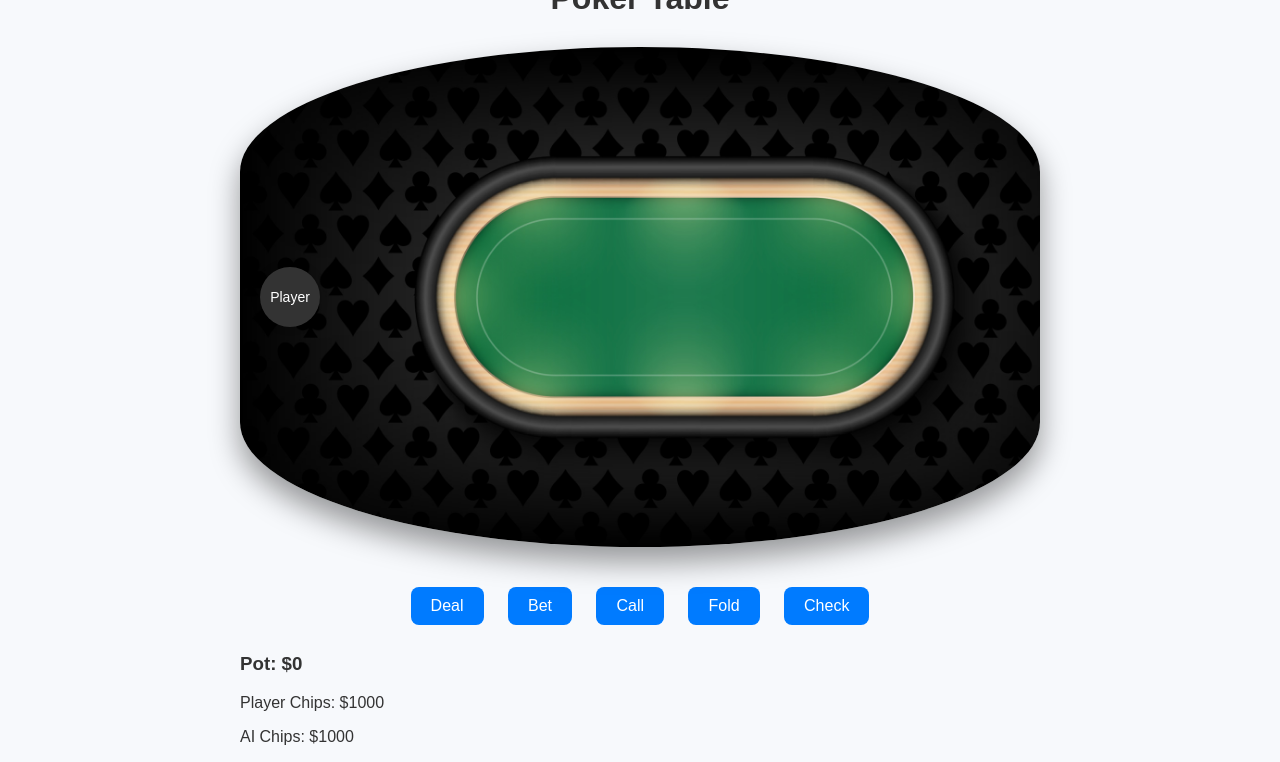
Repository: KidBillionaire/newapp
Page: public/playTable.html
An editor plug-in stored every save of this project. The page is shown before and after the next save, followed by the edit.
The browser window is 1280 px wide. The pictures show the whole page.

Above is the page before, as saved 2024-10-10 17:41:04.

### public/playTable.html
<!DOCTYPE html>
<html lang="en">
<head>
    <meta charset="UTF-8">
    <meta name="viewport" content="width=device-width, initial-scale=1.0">
    <title>Sit Down at the Poker Table</title>
    <link rel="stylesheet" href="styles.css">
</head>
<body>
    <div class="container">
        <h1 id="tableNameHeading">Poker Table</h1>
        <div id="pokerTableContainer">
            <!-- Seats will be dynamically populated here -->
            <div id="communityCardsContainer">
                <div class="community-card" id="card1"></div>
                <div class="community-card" id="card2"></div>
                <div class="community-card" id="card3"></div>
                <div class="community-card" id="card4"></div>
                <div class="community-card" id="card5"></div>
            </div>
        </div>

        <!-- Action Buttons -->
        <div id="actionsContainer">
            <button id="dealButton">Deal</button>
            <button id="betButton" disabled>Bet</button>
            <button id="callButton" disabled>Call</button>
            <button id="foldButton" disabled>Fold</button>
            <button id="checkButton" disabled>Check</button>
        </div>

        <!-- Player Information and Pot -->
        <div id="playerInfo">
            <h3 id="currentPot">Pot: $0</h3>
            <p id="playerChips">Player Chips: $1000</p>
            <p id="aiChips">AI Chips: $1000</p>
        </div>
    </div>
    <script>
        // Grab references to HTML elements
        const pokerTableContainer = document.getElementById('pokerTableContainer');
        const dealButton = document.getElementById('dealButton');
        const betButton = document.getElementById('betButton');
        const callButton = document.getElementById('callButton');
        const foldButton = document.getElementById('foldButton');
        const checkButton = document.getElementById('checkButton');
        const tableNameHeading = document.getElementById('tableNameHeading');
        const currentPotDisplay = document.getElementById('currentPot');
        const playerChipsDisplay = document.getElementById('playerChips');
        const aiChipsDisplay = document.getElementById('aiChips');
        const communityCards = document.querySelectorAll('.community-card');

        // Game State Variables
        let playerChips = 1000;
        let aiChips = 1000;
        let pot = 0;
        let currentBet = 0;
        let playerBet = 0;
        let aiBet = 0;
        let playerSeated = false;
        let playerHand = [];
        let aiHand = [];

        // Function to update the Pot display
        function updatePotDisplay() {
            currentPotDisplay.textContent = `Pot: $${pot}`;
        }

        // Function to handle dealing cards
        function dealCards() {
            if (!playerSeated) {
                alert('Please take a seat to start the game!');
                return;
            }

            dealButton.disabled = true; // Disable Deal button after dealing

            // Reset and deal hands
            pot = 0;
            playerHand = [randomCard(), randomCard()];
            aiHand = [randomCard(), randomCard()];

            console.log(`Your hand: ${playerHand.join(', ')}`);
            console.log(`AI hand: ${aiHand.join(', ')}`);

            // Show flop cards (after a short delay for visual effect)
            setTimeout(() => {
                communityCards[0].textContent = randomCard();
                communityCards[1].textContent = randomCard();
                communityCards[2].textContent = randomCard();
                communityCards[0].classList.add('deal');
                communityCards[1].classList.add('deal');
                communityCards[2].classList.add('deal');

                enablePlayerActions(); // Enable actions after flop
                updatePotDisplay(); // Reset pot display
            }, 1000);
        }

        // Function to populate seats around the table
        function setupTable() {
            const xRadius = 350;
            const yRadius = 200;
            const centerX = 400;
            const centerY = 250;

            const seat = document.createElement('div');
            seat.className = 'seat';
            seat.textContent = "Player";
            seat.setAttribute('data-seat', 'player');
            seat.addEventListener('click', takeSeat);
            pokerTableContainer.appendChild(seat);

            const angle = (1 / 2) * (2 * Math.PI); // Position the player at the bottom
            const x = centerX + xRadius * Math.cos(angle) - (seat.offsetWidth / 2);
            const y = centerY + yRadius * Math.sin(angle) - (seat.offsetHeight / 2);

            seat.style.left = `${x}px`;
            seat.style.top = `${y}px`;
        }

        // Player takes a seat
        function takeSeat(event) {
            const seat = event.target;
            seat.textContent = 'You';
            seat.style.backgroundColor = '#00cc44';
            playerSeated = true;
            dealButton.disabled = false; // Enable deal button
        }

        // Function to reveal the next community card
        let currentCardIndex = 3; // Start at 3 since the first 3 are already dealt in the flop
        function revealNextCommunityCard() {
            if (currentCardIndex < communityCards.length) {
                communityCards[currentCardIndex].textContent = randomCard(); // Deal next card
                communityCards[currentCardIndex].classList.add('deal'); // Show animation
                currentCardIndex++; // Move to the next card
                setTimeout(enablePlayerActions, 1000); // Re-enable player actions after dealing
            } else {
                console.log('All community cards have been dealt. Showdown time!');
                showdown(); // Trigger showdown logic when all cards are revealed
            }
        }

        // Enable player action buttons
        function enablePlayerActions() {
            betButton.disabled = false;
            foldButton.disabled = false;
            checkButton.disabled = false;
            callButton.disabled = true;
            console.log('Player actions enabled. Choose your move!');
        }

        // Simple random card generator
        function randomCard() {
            const suits = ['♥', '♦', '♣', '♠'];
            const values = ['2', '3', '4', '5', '6', '7', '8', '9', '10', 'J', 'Q', 'K', 'A'];
            const suit = suits[Math.floor(Math.random() * suits.length)];
            const value = values[Math.floor(Math.random() * values.length)];
            return `${value}${suit}`;
        }

        // Event Listeners
        dealButton.addEventListener('click', dealCards);
        betButton.addEventListener('click', () => {
            const betAmount = 10; // Fixed bet amount for now (you can replace this with input)
            pot += betAmount; // Add the bet to the pot
            updatePotDisplay(); // Update the pot display

            console.log(`You bet $${betAmount}. Total Pot: $${pot}`);

            // Reveal the next community card based on the phase of the game
            revealNextCommunityCard();
        });

        foldButton.addEventListener('click', () => console.log('You folded!'));
        checkButton.addEventListener('click', () => console.log('You checked!'));

        setupTable(); // Initialize the table
    </script>

### public/styles.css
/* Root Variables */
:root {
    --primary-color: #333;
    --secondary-color: #007BFF;
    --background: #f7f9fc;
    --highlight-color: #ff6347;
}

/* General Body Styles */
body {
    font-family: Arial, sans-serif;
    background: var(--background);
    color: var(--primary-color);
    margin: 0;
    display: flex;
    justify-content: center;
    align-items: center;
    height: 100vh;
}

/* Typography */
h1 {
    text-align: center;
    color: var(--primary-color);
}

.montserrat-title,
.montserrat-body {
    font-family: 'Montserrat', sans-serif;
}

.montserrat-title {
    font-weight: 700;
}

.montserrat-body {
    font-weight: 400;
}

/* Button Styles */
button {
    display: inline-block;
    margin: 10px;
    padding: 10px 20px;
    font-size: 16px;
    background-color: var(--secondary-color);
    color: white;
    border: none;
    border-radius: 8px;
    cursor: pointer;
    transition: background-color 0.3s ease-in-out, transform 0.2s;
}

button:hover {
    background-color: #555;
}

/* Action Container */
#actionsContainer {
    text-align: center;
    margin-top: 20px;
}

#dealCardsButton {
    width: 200px;
    margin: 20px auto;
    padding: 10px;
    font-size: 18px;
    cursor: pointer;
    text-align: center;
    border: none;
    background: var(--primary-color);
    color: var(--highlight-color);
    border-radius: 8px;
    transition: background 0.3s ease-in-out, transform 0.2s;
}

#dealCardsButton:hover {
    background: var(--highlight-color);
    color: var(--primary-color);
    transform: scale(1.1);
}

/* Table Styles */
#userTable {
    width: 80%;
    margin: 0 auto;
    border-collapse: collapse;
}

#userTable th, #userTable td {
    border: 1px solid #ddd;
    padding: 8px;
    text-align: center;
}

#userTable th {
    background-color: var(--primary-color);
    color: rgb(81, 14, 14);
}

/* Profile Settings Section */
#profileSettings {
    margin: 20px auto;
    width: 50%;
    border: 1px solid #ddd;
    padding: 20px;
    background-color: #fff;
    box-shadow: 0 0 10px rgba(0, 0, 0, 0.1);
}

#profileSettings label {
    display: inline-block;
    width: 150px;
}

#profileSettings input {
    width: calc(100% - 160px);
    padding: 8px;
    margin: 8px 0;
}

#profileSettings button {
    width: 100%;
    padding: 10px;
}

/* Create Poker Table Page */
.create-table-page {
    background: url('images/vecteezy_poker-table-green-cloth-on-dark-background-vector-illustration_6325236.jpg') center/cover no-repeat;
    background-attachment: fixed;
    height: 100vh;
    display: flex;
    justify-content: center;
    align-items: center;
    position: relative;
}

.create-table-page::after {
    content: '';
    position: absolute;
    top: 0;
    left: 0;
    width: 100%;
    height: 100%;
    background: rgba(255, 255, 255, 0.5);
    z-index: -1;
}

/* Poker Table Container */
#pokerTableContainer {
    width: 800px;
    height: 500px;
    margin: 30px auto;
    background-image: url('/images/vecteezy_poker-table-green-cloth-on-dark-background-vector-illustration_6325236.jpg');
    background-size: cover;
    border-radius: 50% / 25%;
    box-shadow: 0 15px 30px rgba(0, 0, 0, 0.4);
    position: relative;
}

/* Poker Table Elements */
#pokerTable {
    width: 500px;
    height: 500px;
    border-radius: 50%;
    background: var(--background);
    box-shadow: 0 0 20px rgba(0, 0, 0, 0.5);
}

/* Seat Styles */
.seat {
    width: 60px;
    height: 60px;
    border-radius: 50%;
    background-color: var(--primary-color);
    color: white;
    position: absolute;
    display: flex;
    justify-content: center;
    align-items: center;
    font-size: 14px;
    cursor: pointer;
    box-shadow: 0 0 10px rgba(0, 0, 0, 0.2);
    transition: background 0.3s ease;
}

.seat:hover {
    background-color: var(--highlight-color);
}

/* Community Card Styles */
.community-card {
    width: 60px;
    height: 90px;
    background: linear-gradient(135deg, #ffffff, #e9e9e9);
    border-radius: 10px;
    border: 2px solid #333;
    box-shadow: 0 10px 25px rgba(0, 0, 0, 0.2), 0 5px 15px rgba(0, 0, 0, 0.1);
    display: flex;
    justify-content: center;
    align-items: center;
    color: #333;
    font-size: 24px;
    font-weight: bold;
    margin: 0 5px;
    transform: scale(0);
    transition: transform 0.5s ease, box-shadow 0.3s ease-in-out;
}

.community-card.deal {
    transform: scale(1);
}

/* Card Hover Styles */
.community-card:hover {
    box-shadow: 0 15px 35px rgba(0, 0, 0, 0.5), 0 8px 25px rgba(0, 0, 0, 0.2);
    transform: scale(1.05);
}

After the next save:
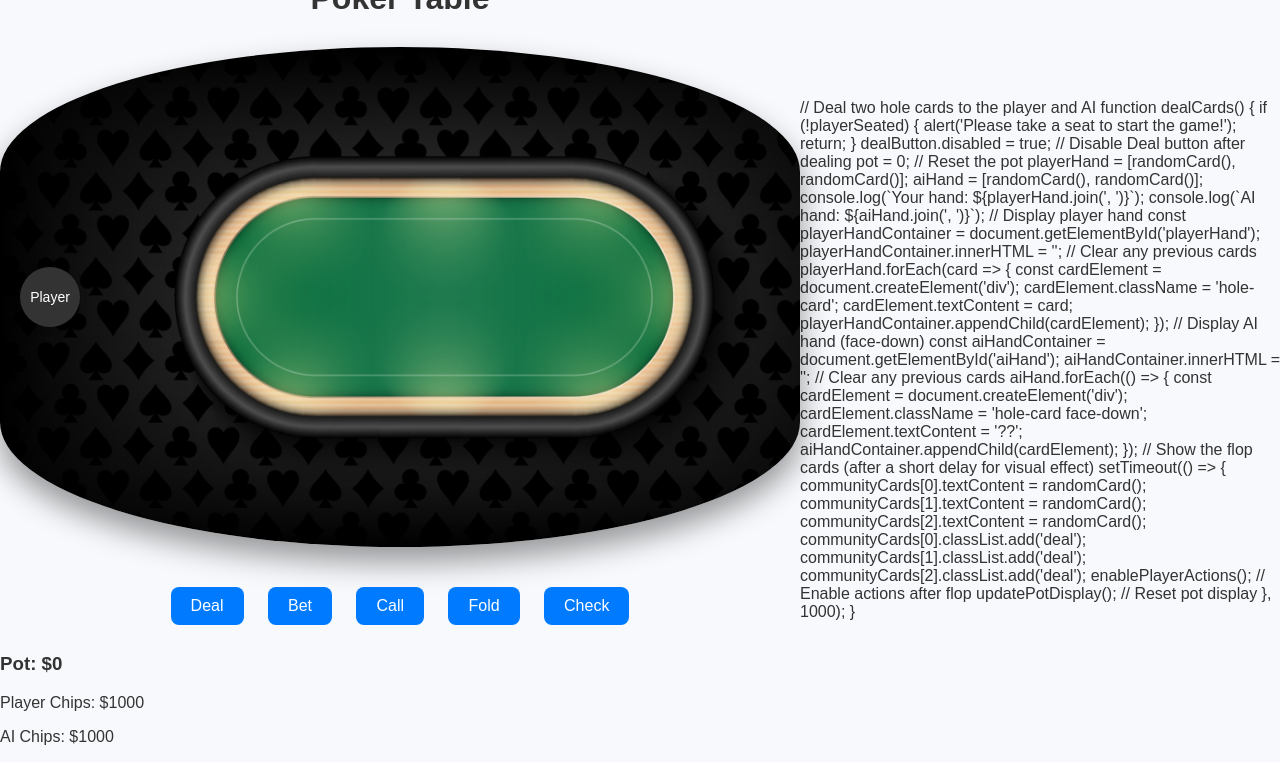
Saved 94 s later.
--- a/public/playTable.html
+++ b/public/playTable.html
@@ -178,3 +178,56 @@
 
         setupTable(); // Initialize the table
     </script>
+
+// Deal two hole cards to the player and AI
+function dealCards() {
+    if (!playerSeated) {
+        alert('Please take a seat to start the game!');
+        return;
+    }
+
+    dealButton.disabled = true; // Disable Deal button after dealing
+    pot = 0; // Reset the pot
+    playerHand = [randomCard(), randomCard()];
+    aiHand = [randomCard(), randomCard()];
+
+    console.log(`Your hand: ${playerHand.join(', ')}`);
+    console.log(`AI hand: ${aiHand.join(', ')}`);
+
+    // Display player hand
+    const playerHandContainer = document.getElementById('playerHand');
+    playerHandContainer.innerHTML = ''; // Clear any previous cards
+    playerHand.forEach(card => {
+        const cardElement = document.createElement('div');
+        cardElement.className = 'hole-card';
+        cardElement.textContent = card;
+        playerHandContainer.appendChild(cardElement);
+    });
+
+    // Display AI hand (face-down)
+    const aiHandContainer = document.getElementById('aiHand');
+    aiHandContainer.innerHTML = ''; // Clear any previous cards
+    aiHand.forEach(() => {
+        const cardElement = document.createElement('div');
+        cardElement.className = 'hole-card face-down';
+        cardElement.textContent = '??';
+        aiHandContainer.appendChild(cardElement);
+    });
+
+    // Show the flop cards (after a short delay for visual effect)
+    setTimeout(() => {
+        communityCards[0].textContent = randomCard();
+        communityCards[1].textContent = randomCard();
+        communityCards[2].textContent = randomCard();
+        communityCards[0].classList.add('deal');
+        communityCards[1].classList.add('deal');
+        communityCards[2].classList.add('deal');
+
+        enablePlayerActions(); // Enable actions after flop
+        updatePotDisplay(); // Reset pot display
+    }, 1000);
+}
+
+
+</body>
+</html>

After the save that followed:
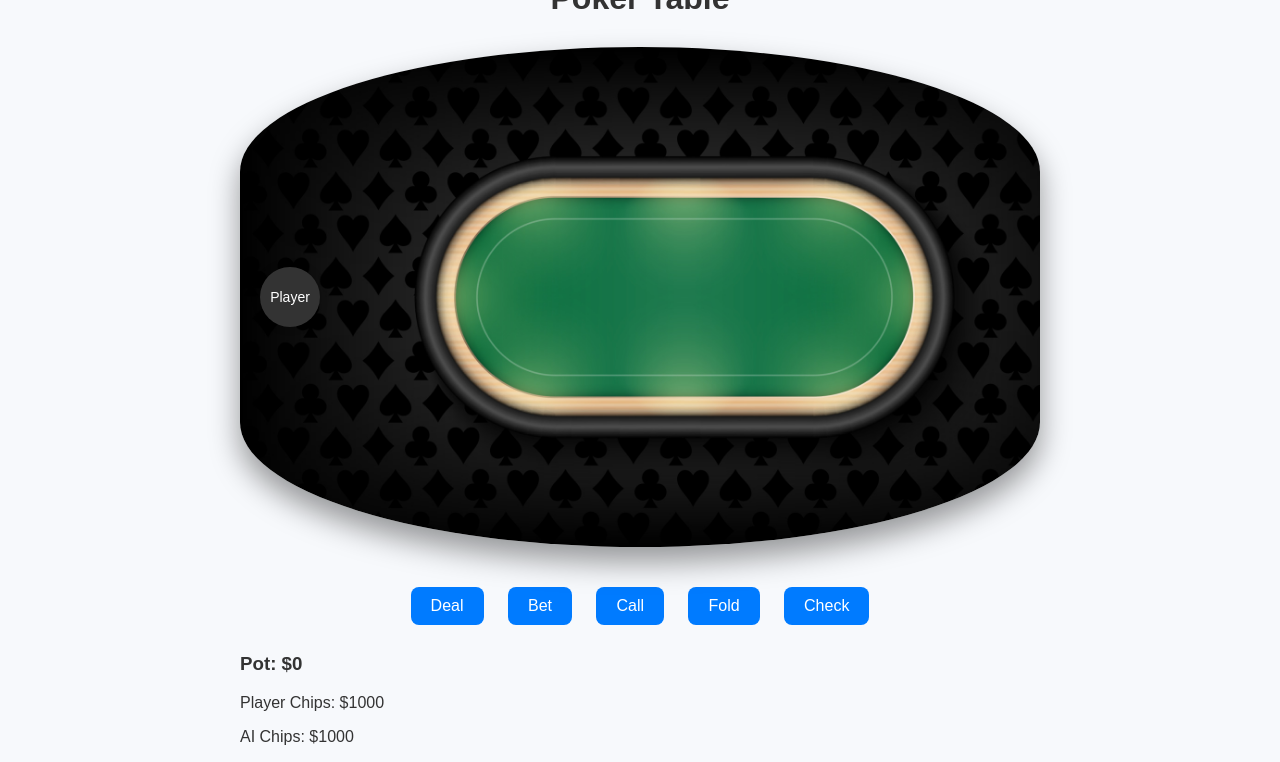
Saved 48 s later.
--- a/public/playTable.html
+++ b/public/playTable.html
@@ -177,9 +177,8 @@
         checkButton.addEventListener('click', () => console.log('You checked!'));
 
         setupTable(); // Initialize the table
-    </script>
-
-// Deal two hole cards to the player and AI
+
+        // Deal two hole cards to the player and AI
 function dealCards() {
     if (!playerSeated) {
         alert('Please take a seat to start the game!');
@@ -228,6 +227,7 @@ function dealCards() {
     }, 1000);
 }
 
+    </script>
 
 </body>
 </html>
